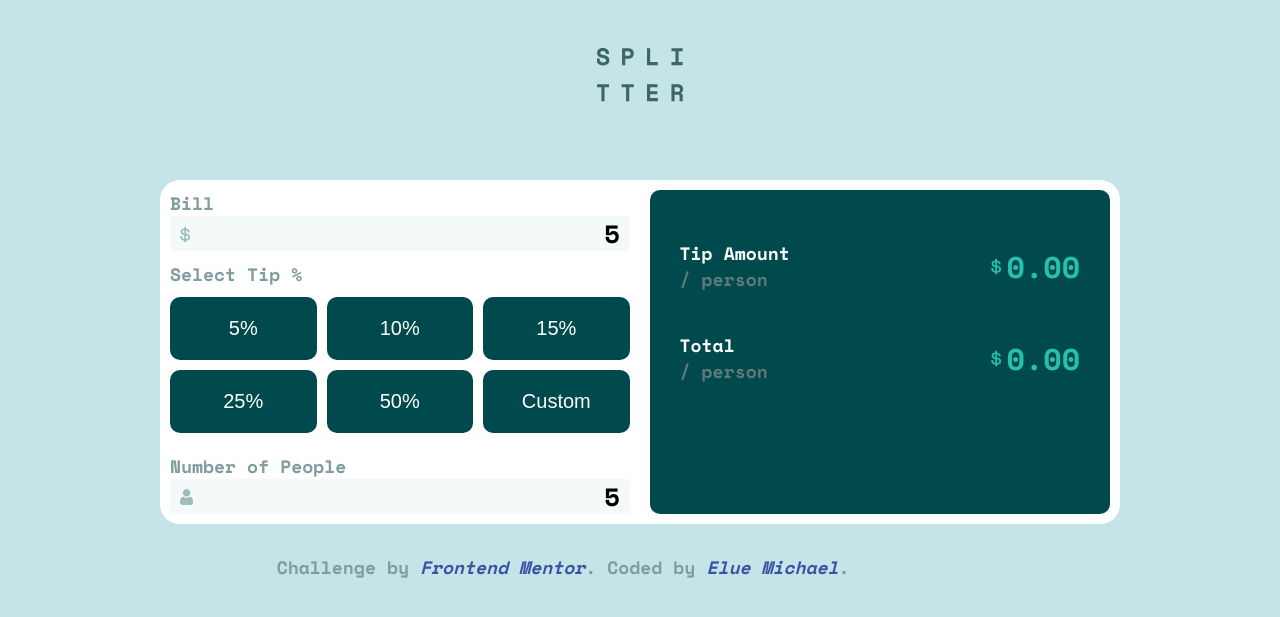
Repository: MeekyBerry/Frontend-Mentor-Challenges
Page: tip-calculator-app/index.html
An editor plug-in stored every save of this project. The page is shown before and after the next save, followed by the edit.
The browser window is 1280 px wide. The pictures show the whole page.
Empty fields were first filled with sample values (such as "Sample", 5 or name@example.com).
After loading, the first visible `#bill` was changed once.

Above is the page before, as saved 2023-03-28 05:56:09.

### tip-calculator-app/index.html
<!DOCTYPE html>
<html lang="en">

<head>
  <meta charset="UTF-8">
  <meta name="viewport" content="width=device-width, initial-scale=1.0">
  <link rel="icon" type="image/png" sizes="32x32" href="./css/images/favicon-32x32.png">
  <title> Tip calculator app</title>
  <link rel="stylesheet" href="./css/style.css">
  <script src="./script.js" defer></script>
</head>

<body>
  <div class="heading-logo">
    <img src="./css/images/logo.svg" alt="Logo" class="logo">
  </div>

  <form id="form" class="background">
    <div class="first-container">
      <div class="bill-container">
        <label for="bill">Bill</label>
        <input type="number" id="bill" placeholder="0" class="bill-input__img input-bar">
      </div>

      <div class="tip">
        <div>Select Tip %</div>
        <div class="percent-container">
          <button type="button" class="percent five">5%</button>
          <button type="button" class="percent ten">10%</button>
          <button type="button" class="percent fiftheen">15%</button>
          <button type="button" class="percent twenty-five">25%</button>
          <button type="button" class="percent fifty">50%</button>
          <button type="button" class="percent custom" id="cst-btn">Custom</button>
        </div>
      </div <div>
        <div class="people-validate">
      <label for="number">Number of People</label>
      <span id="validate" class="people-zero">Can't be zero</span>
        </div>
      <div class="icon-box">
        <input type="number" id="people" class="people-input__img input-bar" placeholder="0">
      </div>
    </div>
    </div>

    <div class="second-container">
      <div class="amount">
        <p>Tip Amount <span class="person">/ person</span></p>
        <div class="digit">
          <svg xmlns="http://www.w3.org/2000/svg" width="11" height="17">
            <path fill="var(--Strong-cyan)"
              d="M6.016 16.328v-1.464c1.232-.08 2.22-.444 2.964-1.092.744-.648 1.116-1.508 1.116-2.58v-.144c0-.992-.348-1.772-1.044-2.34-.696-.568-1.708-.932-3.036-1.092V4.184c.56.144 1.012.4 1.356.768.344.368.516.816.516 1.344v.288h1.824v-.432c0-.448-.088-.876-.264-1.284a3.783 3.783 0 00-.744-1.116A4.251 4.251 0 007.54 2.9a5.324 5.324 0 00-1.524-.492V.872H4.288V2.36a5.532 5.532 0 00-1.416.324c-.448.168-.84.392-1.176.672-.336.28-.604.616-.804 1.008-.2.392-.3.844-.3 1.356v.144c0 .96.316 1.708.948 2.244.632.536 1.548.884 2.748 1.044v3.912c-.704-.16-1.248-.472-1.632-.936-.384-.464-.576-1.08-.576-1.848v-.288H.256v.576c0 .464.08.924.24 1.38.16.456.404.88.732 1.272.328.392.744.728 1.248 1.008s1.108.476 1.812.588v1.512h1.728zM4.288 7.424c-.688-.128-1.164-.332-1.428-.612-.264-.28-.396-.644-.396-1.092 0-.464.176-.832.528-1.104.352-.272.784-.448 1.296-.528v3.336zm1.728 5.712V9.344c.768.128 1.328.328 1.68.6.352.272.528.688.528 1.248 0 .544-.196.984-.588 1.32-.392.336-.932.544-1.62.624z" />
          </svg>
          <span id="tip-amount" class="amount-span">0.00</span>
        </div>
      </div>

      <div class="amount">
        <p>Total <span class="person">/ person</span></p>
        <div class="digit">
          <svg xmlns="http://www.w3.org/2000/svg" width="11" height="17">
            <path fill="var(--Strong-cyan)"
              d="M6.016 16.328v-1.464c1.232-.08 2.22-.444 2.964-1.092.744-.648 1.116-1.508 1.116-2.58v-.144c0-.992-.348-1.772-1.044-2.34-.696-.568-1.708-.932-3.036-1.092V4.184c.56.144 1.012.4 1.356.768.344.368.516.816.516 1.344v.288h1.824v-.432c0-.448-.088-.876-.264-1.284a3.783 3.783 0 00-.744-1.116A4.251 4.251 0 007.54 2.9a5.324 5.324 0 00-1.524-.492V.872H4.288V2.36a5.532 5.532 0 00-1.416.324c-.448.168-.84.392-1.176.672-.336.28-.604.616-.804 1.008-.2.392-.3.844-.3 1.356v.144c0 .96.316 1.708.948 2.244.632.536 1.548.884 2.748 1.044v3.912c-.704-.16-1.248-.472-1.632-.936-.384-.464-.576-1.08-.576-1.848v-.288H.256v.576c0 .464.08.924.24 1.38.16.456.404.88.732 1.272.328.392.744.728 1.248 1.008s1.108.476 1.812.588v1.512h1.728zM4.288 7.424c-.688-.128-1.164-.332-1.428-.612-.264-.28-.396-.644-.396-1.092 0-.464.176-.832.528-1.104.352-.272.784-.448 1.296-.528v3.336zm1.728 5.712V9.344c.768.128 1.328.328 1.68.6.352.272.528.688.528 1.248 0 .544-.196.984-.588 1.32-.392.336-.932.544-1.62.624z" />
          </svg>
          <span id="total-amount" class="amount-span">0.00</span>
        </div>
      </div>
      <div class="btn-wrapper">
        <button type="reset" id="reset" class="btn">Reset</button>
      </div>
    </div>
  </form>

  <div class="attribution">
    Challenge by <a href="https://www.frontendmentor.io?ref=challenge" target="_blank">Frontend Mentor</a>.
    Coded by <a href="https://www.frontendmentor.io/profile/MeekyBerry" target="_blank">Elue Michael</a>.
  </div>
</body>

</html>

### tip-calculator-app/css/style.css
@import url("https://fonts.googleapis.com/css2?family=Space+Mono:wght@400;700&display=swap");

:root {
  /* ### Primary */
  --Strong-cyan: hsl(172, 67%, 45%);
  /* ### Neutral */
  --Very-dark-cyan: hsl(183, 100%, 15%);
  --Dark-grayish-cyan: hsl(186, 14%, 43%);
  --Grayish-cyan: hsl(184, 14%, 56%);
  --Light-grayish-cyan: hsl(185, 41%, 84%);
  --Very-light-grayish-cyan: hsl(189, 41%, 97%);
  --White: hsl(0, 0%, 100%);
  --dark-blue: hsl(228, 45%, 44%);
}

html {
  font-size: 50%;
}

*,
::before,
::after {
  margin: 0;
  padding: 0;
  box-sizing: border-box;
}

body {
  font-size: 1.8rem;
  font-family: "Space Mono", sans-serif;
  font-weight: 700;
  background-color: var(--Light-grayish-cyan);
  color: var(--Grayish-cyan);
  height: 100%;
  width: 100%;
}

.heading-logo {
  height: 15rem;
  width: 100%;
  position: relative;
}

.logo {
  position: absolute;
  top: 50%;
  left: 50%;
  transform: translate(-50%, -50%);
}

.background {
  display: flex;
  flex-direction: column;
  justify-content: space-around;
  background-color: var(--White);
  height: 80rem;
  width: 90%;
  border-radius: 2rem;
  padding: 0 2rem;
  margin: 0 auto;
}

.people-validate {
  display: flex;
  justify-content: space-between;
  align-items: center;
}

.people-zero {
  color: red;
  font-size: 1.5rem;
  font-weight: 400;
  display: none;
}

label {
  display: block;
}

.input-bar {
  display: flex;
  justify-content: space-between;
  align-items: center;
  width: 100%;
  height: 3.5rem;
  border: none;
  border-radius: .5rem;
  font-size: 2.5rem;
  font-family: "Space Mono", sans-serif;
  font-weight: 700;
  text-align: end;
  padding: 0 1rem 0 3rem;
}

.input-bar:focus {
  outline-color: var(--Strong-cyan);
}

.bill-input__img {
  background: url(../css/images/icon-dollar.svg) no-repeat var(--Very-light-grayish-cyan) 1rem 1rem;
  padding: 0 1rem 0 3rem;
}

.people-input__img {
  background: url(../css/images/icon-person.svg) no-repeat var(--Very-light-grayish-cyan) 1rem 1rem;
  padding: 0 1rem 0 3rem;
}

/* Remove Arrows/Spinners ON INPUT */
input::-webkit-outer-spin-button,
input::-webkit-inner-spin-button {
  -webkit-appearance: none;
}

/* Firefox */
input[type="number"] {
  -moz-appearance: textfield;
}

.tip {
  padding: 1rem 0;
}

.percent-container {
  display: grid;
  grid-template-columns: repeat(2, 1fr);
  grid-template-rows: repeat(3, 1fr);
  grid-template-areas:
    "five ten"
    "fiftheen twentyFive"
    "fifty custom";
  gap: 1rem;
  padding: 1rem 0;
}

.percent {
  background-color: var(--Very-dark-cyan);
  color: var(--White);
  text-align: center;
  padding: 2rem;
  border-radius: 1rem;
  border: none;
  font-size: 2rem;
  width: 100%;
}

.percent:active {
  background-color: var(--Strong-cyan);
  color: var(--Very-dark-cyan);
  font-weight: 700;
}

.five {
  grid-area: five;
}

.ten {
  grid-area: ten;
}

.fiftheen {
  grid-area: fiftheen;
}

.twenty-five {
  grid-area: twentyFive;
}

.fifty {
  grid-area: fifty;
}

.custom {
  grid-area: custom;
}

.custom-input {
  background-color: var(--Very-light-grayish-cyan);
  color: var(--Very-dark-cyan);
  border: none;
  border-radius: 1rem;
  padding: 0 2rem;
  font-size: 2rem;
  font-weight: 700;
  text-align: end;
  width: 100%;
  height: 100%;
}

.custom-input:focus {
  outline-color: var(--Strong-cyan);
}

.second-container {
  background-color: var(--Very-dark-cyan);
  border-radius: 1rem;
  padding: 3rem 2rem;
}

.amount {
  display: flex;
  justify-content: space-between;
  padding: 2rem 1rem;
}

p {
  color: var(--White);
}

.person {
  display: block;
  font-size: 1.8rem;
  color: var(--Dark-grayish-cyan);
}

.digit {
  display: flex;
  align-items: center;
  justify-content: center;
  gap: .5rem;
}

.amount-span {
  font-size: 3rem;
  color: var(--Strong-cyan);
}

.btn {
  width: 100%;
  padding: 1rem;
  /*background-color: var(--Strong-cyan);
  */color: var(--Very-dark-cyan);
  border: none;
  border-radius: 1rem;
  text-transform: uppercase;
  font-size: 1.8rem;
  font-weight: 700;
  font-family: "Space Mono", sans-serif;
  -webkit-border-radius: 1rem;
  -moz-border-radius: 1rem;
  -ms-border-radius: 1rem;
  -o-border-radius: 1rem;
}

.attribution {
  font-size: 1.8rem;
  text-align: center;
  width: 88%;
}

.attribution a {
  color: var(--dark-blue);
  text-decoration: none;
  font-style: italic;
}

@media only screen and (min-width: 1000px) {
  html {
    font-size: 62.5%;
  }

  .background {
    width: 75%;
    height: 75%;
    margin: 3rem auto;
    flex-direction: row;
    gap: 2rem;
    padding: 1rem;
  }

  .first-container {
    display: flex;
    flex-direction: column;
    justify-content: space-around;
    width: 50%;
  }

  .percent-container {
    grid-template-columns: repeat(3, 1fr);
    grid-template-rows: repeat(2, 1fr);
    grid-template-areas:
      "five ten fiftheen"
      "twentyFive fifty custom";
  }

  .second-container {
    display: flex;
    flex-direction: column;
    width: 50%;
  }

  .btn-wrapper {
    margin-top: auto;
  }
}

### tip-calculator-app/script.js
// 1. Get the bill amount from the input field
const billInput = document.getElementById('bill');
// 2. Get the tip percentage from the Button array
const tipButtons = document.querySelectorAll('.percent');
// 2.1. The percentage array contains a Custom button which toggles to input field when clicked
const customButton = document.querySelector('.custom');
// 2.2. Get the custom percentage from the input field
const customInput = document.createElement('input');
// Add style class to created customInput element
customInput.classList.add('custom-input');
// 3. Get the number of people from the input field
const peopleInput = document.getElementById('people')
// 4. Calculate the tip amount per person;
const tipAmountSpan = document.getElementById('tip-amount');
// 5. Calculate the total cost per person
const totalAmountSpan = document.getElementById('total-amount');
// 6. Display the tip amount per person
const resetButton = document.getElementById('reset');
const validatePeople = document.getElementById('validate');
const resetBtn = document.querySelector('.btn');


let bill = 0;
let tipPercentage = 0;
let customPercentage = 0;
let people = 0;

let inputPeople = false;
let error = true;

let disable = true;

billInput.addEventListener('input', () => {
    bill = Number(billInput.value);
    calculateTip();
    validateInputs();
});


peopleInput.addEventListener('input', () => {
    if (peopleInput.value === '0') {
        validatePeople.style.display = "block"
        peopleInput.style.outlineColor = "red"
    }
    people = Number(peopleInput.value);
    calculateTip();
    validateInputs();
});

// add event listeners for tip buttons
tipButtons.forEach(button => {
    button.addEventListener('click', () => {
        if (button.classList.contains('custom')) {
            customInput.type = 'number';
            customInput.min = 1;
            customInput.value = '';
            customInput.classList.add('custom-input');
            button.parentNode.replaceChild(customInput, button);
            customInput.focus();
        } else {
            tipPercentage = Number(button.textContent.replace('%', ''));
            calculateTip();
        }
    });
});

// add event listener for custom input
customInput.addEventListener('input', () => {
    customPercentage = Number(customInput.value);
    calculateTip();
});

// add event listener for reset button
resetButton.addEventListener('click', () => {
    billInput.value = '';
    peopleInput.value = '';
    tipAmountSpan.textContent = '0.00';
    totalAmountSpan.textContent = '0.00';
    bill = 0;
    tipPercentage = 0;
    customPercentage = 0
    people = 0;
    customInput.parentNode.replaceChild(customButton, customInput);
    // validatePeople.style.display = "none";
    // resetBtn.disabled = true;
    // resetBtn.style.backgroundColor = 'hsl(183, 100%, 15%)';
    // validateInputs();
});

// Add a function which disables the reset button and sets its color to dark grey when there is no input in the bill or people fields
// const disableReset = () => {
//     if (billInput.value === '' || peopleInput.value === '') {
//         resetBtn.disabled = true;
//         resetBtn.style.backgroundColor = 'hsl(183, 100%, 15%)';
//     } else {
//         resetBtn.disabled = false;
//         resetBtn.style.backgroundColor = 'hsl(172, 67%, 45%)';
//     }
// };

const validateInputs = () => {
    if (billInput.value.trim() || peopleInput.value.trim()) {
      resetButton.disabled = true;
      resetButton.style.backgroundColor = 'hsl(183, 100%, 15%)';
    } else {
      resetButton.disabled = false;
      resetButton.style.backgroundColor = '#008000';
    }
  }

// calculate tip and total amount
const calculateTip = () => {
    if (people > 0) {
        inputPeople = true;
        let tip = (bill * (tipPercentage + customPercentage)) / 100;
        let total = bill + tip;
        let tipPerPerson = tip / people;
        let totalPerPerson = total / people;
        tipAmountSpan.textContent = `${tipPerPerson.toFixed(2)}`;
        totalAmountSpan.textContent = `${totalPerPerson.toFixed(2)}`;
        // disableReset();
        validateInputs();
    }
};




// const BILL = document.querySelector('.bill-input');
// const TIP_PERCENT = document.querySelectorAll('.percent');
// const PEOPLE = document.querySelector('.number-input');
// const TOTAL_BILL = document.getElementById('total');
// const TIP_AMOUNT = document.getElementById('tip-amount');
// const CUSTOM = document.querySelector('.custom');
// const CUSTOM_BUTTON = document.getElementById('cst-btn')
// const CUSTOM_INPUT = document.getElementById('cst-input')
// const RESET = document.getElementById('reset');

// let billValue;
// let person;
// let customValue;
// let custom = 0;

// let myArray = [5, 10, 15, 25, 50, custom];
// let tipAmount = 0;

// let error = true;
// let inputPeople = false;

// const calculateHandler = () => {
//     if (inputPeople) {
//         let amount = (billValue + tipAmount) / person;
//         TOTAL_BILL.textContent = `${amount.toFixed(2)}`;
//     }
// };

// BILL.addEventListener('change', () => {
//     error = !error;
//     billValue = parseFloat(BILL.value);
//     TIP_PERCENT.forEach((el, idx) => {
//         let percent = myArray[idx];
//         el.addEventListener('click', (e) => {
//             let target = e.target;
//             if (target.classList.contains('percent')) {
//                 let percent = parseFloat(target.textContent);
//                 if (isNaN(percent)) {
//                     percent = customValue;
//                 } else {
//                     customValue = 0;
//                 }
//                 // if (CUSTOM.firstElementChild === CUSTOM_INPUT && idx === 5) {
//                 //     CUSTOM_INPUT.addEventListener('change', () => {
//                 //         customValue = parseFloat(CUSTOM_INPUT.value);
//                 //         tipAmount = CUSTOM_INPUT.value * (percent / 100);
//                 //         TIP_AMOUNT.textContent = `${tipAmount.toFixed(2)}`;
//                 //         calculateHandler();
//                 //     })
//                 // }
//                 tipAmount = billValue * (percent / 100);
//                 TIP_AMOUNT.textContent = `${tipAmount.toFixed(2)}`;
//                 calculateHandler();
//             }
//         });
//     });
// });


//     // billValue = +BILL.value;
//     // TIP_PERCENT.forEach((el, idx) => {
//     //     let percent = myArray[idx];
//     //     el.addEventListener('click', () => {
//     //         if (CUSTOM.firstElementChild === CUSTOM_INPUT && idx === 5) {
//     //             CUSTOM_INPUT.addEventListener('change', () => {
//     //                 customValue = +CUSTOM_INPUT.value;
//     //                 tipAmount = CUSTOM_INPUT.value * (+percent / 100);
//     //                 TIP_AMOUNT.textContent = `${tipAmount.toFixed(2)}`;
//     //                 calculateHandler();
//     //             })
//     //         }
//     //         tipAmount = BILL.value * (+percent / 100);
//     //         TIP_AMOUNT.textContent = `${tipAmount}`;
//     //         calculateHandler();
//     //     });
//     // });

// // TIP_PERCENT.addEventListener('click', (e) => {
// //     let target = e.target;
// //     if (target.classList.contains('percent')) {
// //       let percent = parseFloat(target.textContent);
// //       if (isNaN(percent)) {
// //         percent = customValue;
// //       } else {
// //         customValue = 0;
// //       }
// //       tipAmount = billValue * (percent / 100);
// //       TIP_AMOUNT.textContent = `${tipAmount.toFixed(2)}`;
// //       calculateHandler();
// //     }
// //   });


// PEOPLE.addEventListener('input', () => {
//     // inputPeople = !inputPeople;
//     // person = +PEOPLE.value;
//     // if (!error) {
//     //     calculateHandler();
//     // }
//  inputPeople = true;
//   person = parseFloat(PEOPLE.value);
//   if (!error && person > 0) {
//     calculateHandler();
//   } else {
//     TOTAL_BILL.textContent = '0.00';
//   }
// });

// CUSTOM.addEventListener('click', () => {
//     // if (CUSTOM.firstElementChild === CUSTOM_BUTTON) {
//     //     CUSTOM.innerHTML = `<input type="number" id="cst-input" class="percent cst" />`
//     // }
//     if (CUSTOM.firstElementChild === CUSTOM_BUTTON) {
//         // CUSTOM.innerHTML = `<input type="number" id="cst-input" class="percent cst" />`
//         CUSTOM.innerHTML = `<input type="number" class="percent cst" />`;
//         CUSTOM_INPUT.addEventListener('change', () => {
//           customValue = parseFloat(CUSTOM_INPUT.value);
//           TIP_PERCENT.lastElementChild.textContent = `${customValue}%`;
//           tipAmount = billValue * (customValue / 100);
//           TIP_AMOUNT.textContent = `${tipAmount.toFixed(2)}`;
//           calculateHandler();

//         });
//       }
// })

// RESET.addEventListener('click', () => {
//     // BILL.value = '';
//     // PEOPLE.value = '';
//     // TIP_AMOUNT.textContent = '0.00';
//     // TOTAL_BILL.textContent = '0.00';
//     CUSTOM.innerHTML = `<button id="cst-btn" class="percent cst">Custom</button>`;
//     BILL.value = '';
//     PEOPLE.value = '';
//     TIP_AMOUNT.textContent = '0.00';
//     TOTAL_BILL.textContent = '0.00';
//     inputPeople = false;
//     customValue = 0;
//     tipAmount = 0;
// });

After the next save:
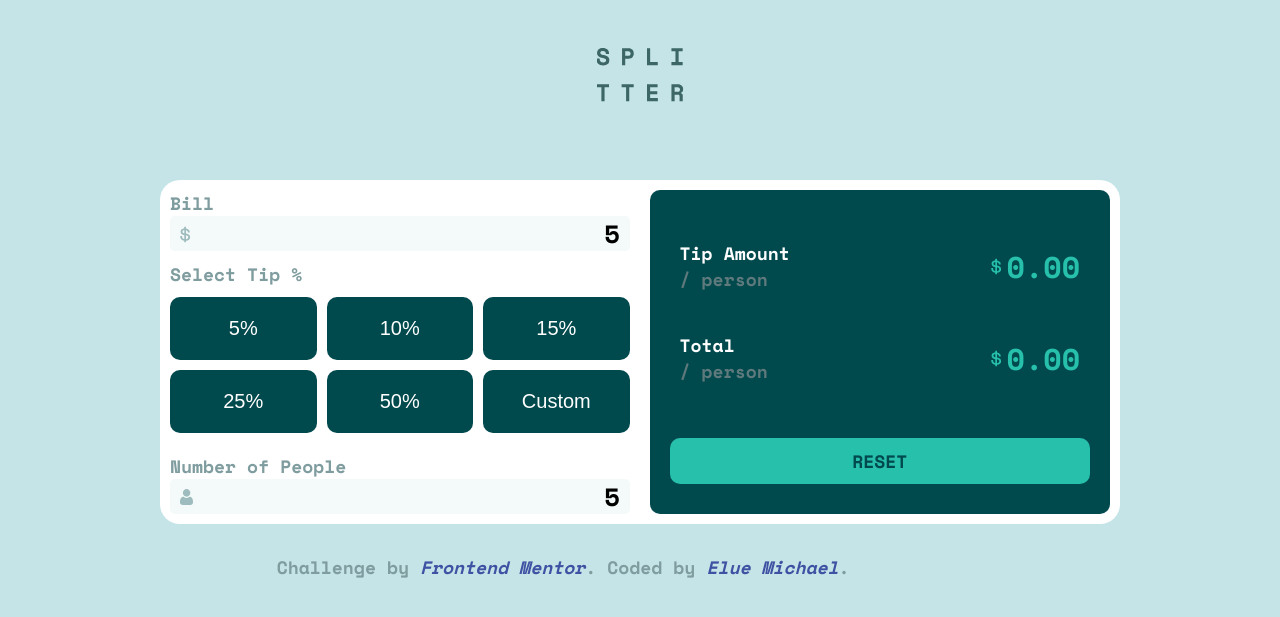
Saved 24 s later.
--- a/tip-calculator-app/script.js
+++ b/tip-calculator-app/script.js
@@ -101,7 +101,7 @@
 const validateInputs = () => {
     if (billInput.value.trim() || peopleInput.value.trim()) {
       resetButton.disabled = true;
-      resetButton.style.backgroundColor = 'hsl(183, 100%, 15%)';
+      resetButton.style.backgroundColor = 'hsl(172, 67%, 45%)';
     } else {
       resetButton.disabled = false;
       resetButton.style.backgroundColor = '#008000';

After the 2 saves that followed:
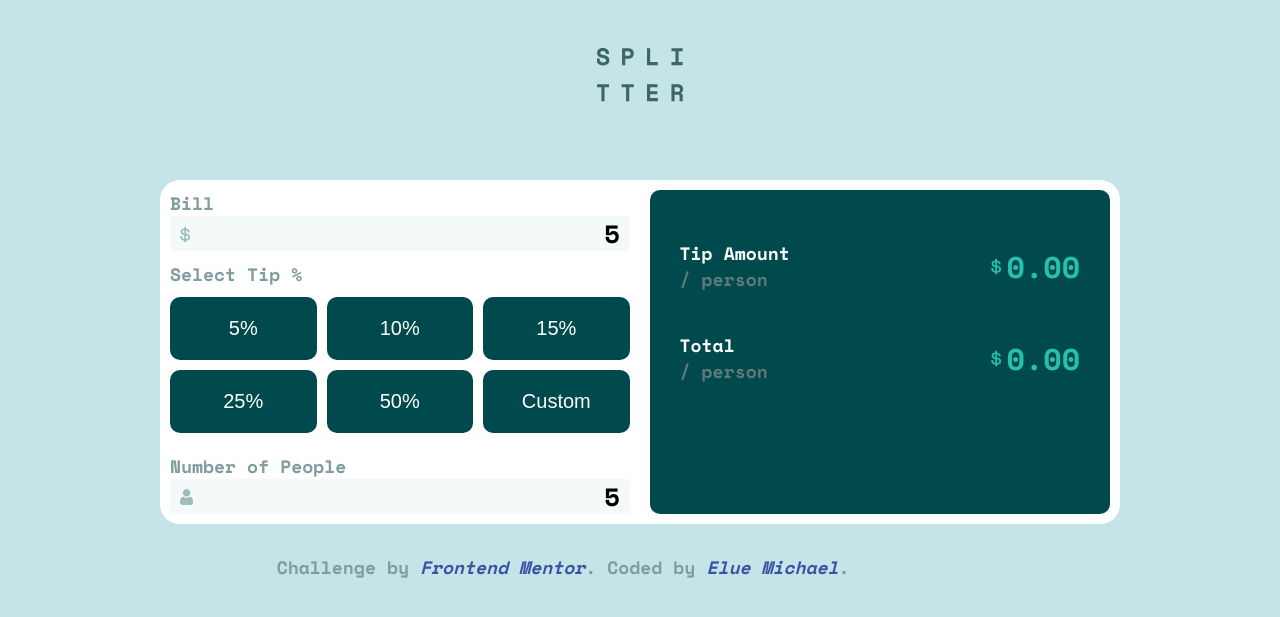
The 2 saves are shown as one change because 1 left the picture as it was.
The last was saved 87 s later.
--- a/tip-calculator-app/script.js
+++ b/tip-calculator-app/script.js
@@ -101,10 +101,10 @@
 const validateInputs = () => {
     if (billInput.value.trim() || peopleInput.value.trim()) {
       resetButton.disabled = true;
-      resetButton.style.backgroundColor = 'hsl(172, 67%, 45%)';
+      resetButton.style.backgroundColor = 'hsl(183, 100%, 15%)';
     } else {
       resetButton.disabled = false;
-      resetButton.style.backgroundColor = '#008000';
+      resetButton.style.backgroundColor = 'hsl(172, 67%, 45%)';
     }
   }
 
